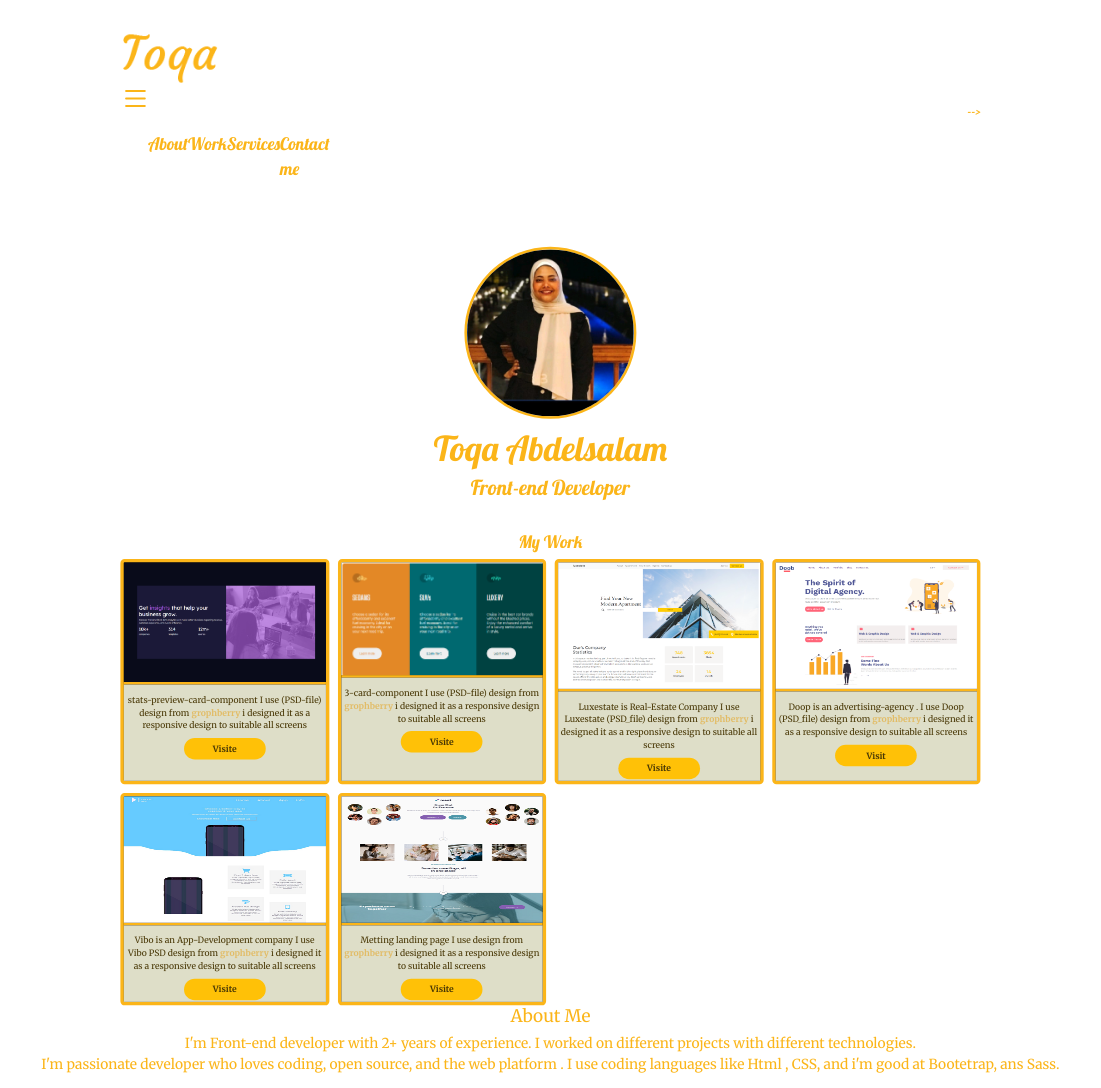
Repository: Toqa-25/portfolio
Page: index.html
The author's editor kept a copy of each file at every save. The page is drawn from the files as they stood at one save, then again after the next save.
The browser window is 1280 px wide. The pictures show the whole page, at 86% of full size.
Some web fonts or font styles are not loaded; a fallback is used.

Above is the page before, as saved 2021-10-31 16:19:02.

### index.html
<!DOCTYPE html>
<html lang="en">
<head>
    <meta charset="UTF-8">
    <meta http-equiv="X-UA-Compatible" content="IE=edge">
    <meta name="viewport" content="width=device-width, initial-scale=1.0">
    <title>Toqa Portfolio</title>
      <!-- bootstrap file -->
      <link rel="stylesheet" href="css/all.min.css">
      <link rel="stylesheet" href="css/bootstrap.css">
      <!-- css file -->
      <link rel="stylesheet" href="css/style.css">
      <!-- fonts -->
      <link rel="preconnect" href="https://fonts.googleapis.com">
<link rel="preconnect" href="https://fonts.gstatic.com" crossorigin>
<link href="https://fonts.googleapis.com/css2?family=Lobster&family=Otomanopee+One&display=swap" rel="stylesheet">
<link rel="preconnect" href="https://fonts.googleapis.com">
<link rel="preconnect" href="https://fonts.gstatic.com" crossorigin>
<link href="https://fonts.googleapis.com/css2?family=Merriweather:ital,wght@0,300;0,400;0,700;0,900;1,300;1,400;1,700;1,900&display=swap" rel="stylesheet">
<link rel="preconnect" href="https://fonts.googleapis.com">
<link rel="preconnect" href="https://fonts.gstatic.com" crossorigin>
<link href="https://fonts.googleapis.com/css2?family=Bebas+Neue&family=Oswald:wght@200;300;400;500;600;700&display=swap" rel="stylesheet">
</head>
<body>
        <!-- header section -->
    <header class="pad">
       <nav class="container">
         <div class="header-content">
           <div class="header-logo">
             <img src="images/logo.png" alt="logo">
           </div>
           <div class="header-nav">
             <svg xmlns="http://www.w3.org/2000/svg" width="35" height="35" fill="#fbb519" class="bi bi-list" viewBox="0 0 16 16">
               <path fill-rule="evenodd" d="M2.5 12a.5.5 0 0 1 .5-.5h10a.5.5 0 0 1 0 1H3a.5.5 0 0 1-.5-.5zm0-4a.5.5 0 0 1 .5-.5h10a.5.5 0 0 1 0 1H3a.5.5 0 0 1-.5-.5zm0-4a.5.5 0 0 1 .5-.5h10a.5.5 0 0 1 0 1H3a.5.5 0 0 1-.5-.5z"/>
             </svg>
             <ul class="list">
                 <li>About</li>
                 <li>Work</li>
                 <li>Services</li>
                 <li>Contact me</li>
                 <!-- <li>Reviews</li> -->
             </ul>

           </div>

         </div>
       <!-- <div role="bar">
      <ul class="hidden-bar">
        <li>About</li>
        <li>Work</li>
        <li>Services</li>
        <li>Contact me</li>
        <!-- <li>Reviews</li> -->
      </ul>
      </div> -->
    </nav>
    </header><!-- end header section -->

    <!-- information  section -->
    <section  class="inform pad">
      <div class="main-inform " role="main">
        <div class="inform-info">
        <img src="images/toqa.jpg" alt=""><br>
        <h1>Toqa Abdelsalam</h1>
        <h4>Front-end Developer</h4>
      </div>
      </div>
    </section>

      <section class="section container work">
      <h5>My Work</h5>
      <div class="card-groups">
      <div class="project card" role="menu">
        <img src="images/toqa-25.github.io_stats-preview-card-component-main_.png" alt="">
        <p>stats-preview-card-component
      I use  (PSD-file) design from <span> <a href="https://www.frontendmentor.io/">grophberry</a></span>
  i designed it as a responsive design to suitable all screens <br>
  <button><a href="https://toqa-25.github.io/stats-preview-card-component-main/">Visite</a></button>
 </p>
 </div>
      <div class="project card" role="menu">
        <img src="images/toqa-25.github.io_3-cards-component3_.png" alt="">
        <p>3-card-component
      I use (PSD-file) design from <span> <a href="https://www.frontendmentor.io/">grophberry</a></span>
  i designed it as a responsive design to suitable all screens <br>
  <button><a href="https://toqa-25.github.io/3-cards-component/">Visite</a></button>
 </p>
 </div>
      <div class="project card" role="menu">
          <img src="images/destop-luxestate - Copy (1).png" alt="">
          <p>Luxestate is Real-Estate Company
        I use Luxestate (PSD_file) design from <span> <a href="https://www.graphberry.com/">grophberry</a></span>
    i designed it as a responsive design to suitable all screens <br>
    <button><a href="https://toqa-25.github.io/luxstate-project-/">Visite</a></button>
   </p>
   </div>
      <div class="project card" role="menu">
          <img src="images/web_design.png" alt="">
          <p>Doop is an advertising-agency .
        I use Doop (PSD_file) design from <span> <a href="https://www.graphberry.com/">grophberry</a></span>
    i designed it as a responsive design to suitable all screens <br>
    <button><a href="https://toqa-25.github.io/simply-agency/">Visit </a></button>
   </p>
   </div>
      <div class="project card" role="menu">
        <img src="images/Vibo_App(desktop)_toqa-25.github.io2.png" alt="">
          <p>Vibo is an App-Development company
        I use Vibo PSD design from <span> <a href="https://www.graphberry.com/">grophberry</a></span>
    i designed it as a responsive design to suitable all screens <br>
    <button><a href="https://toqa-25.github.io/vibo-app/">Visite</a></button>
   </p>
   </div>
   <div class="project card" role="menu">
    <img src="images/toqa-25.github.io_landing-meeting-page_desktop.png" alt="">
    <p>Metting landing page
  I use  design from <span> <a href="https://www.frontendmentor.io/">grophberry</a></span>
i designed it as a responsive design to suitable all screens <br>
<button><a href="https://toqa-25.github.io/landing-meeting-page/">Visite</a></button>
</p>
</div>
   </div>
      </section>

      <section class="section about">

          <h5>About Me</h5>
      <p> I'm Front-end developer with 2+ years of experience. I worked on different projects with different technologies. <br>
       I'm passionate developer who loves coding, open source, and the web platform .
       I use coding languages like Html , CSS, and i'm good at Bootetrap, ans Sass. </p>
      </section>

</body>
</html>

### css/style.css
/*
    public style
***********************
*/
:root{
    --main-color:#fbb519;
    --section-padding:30px;
}
* , *:after , *:before{
    box-sizing: border-box;
    margin: 0;
    padding: 0;
}
body{
    font-family: 'Merriweather', serif;
    color:var(--main-color);
}
.pad{
    padding: var(--section-padding) 0;
}
.container
{
  width: 80%;
  margin:auto;
}
 .pad h5{
    text-align: center;
    font-family: 'Lobster';
    margin-bottom: 15px;
 }
/*
    header style
***********************
*/
 header{
    font-family: 'Lobster', cursive;
 }
 nav{
    display: flex;
    justify-content: space-between;
    align-items: center;
 }
  nav img{
     margin-top:10px;
 }
 nav .list{
     width: 50%;
    margin-top:20px;
    list-style: none;
    color:var(--main-color);
    display: flex;
    justify-content: space-evenly;
    cursor: pointer;
    font-size: 20px;
 }
 nav .list li{
     font-size: 20px;
     transition: .2s;
     -webkit-transition: .2s;
     -moz-transition: .2s;
     -ms-transition: .2s;
     -o-transition: .2s;
    }
    nav .list li:hover{
        border-bottom: 2px solid var(--main-color);
    }


.bar{
     position: relative;
 }
  .hidden-bar {
     display: block;
     color:var(--main-color);
     position: absolute;
    top: 25px;
    left: 45px;
     background-color: #f5f5dc91;
     list-style: none;
     border-radius: 8px;
     padding: 10px;

 }
/* media quary for header*/
 @media (max-width: 768px){
  nav .list {
      display: none;
  }
  /* div{
      display: block;
      padding: 15px;
  } */
  .main-inform  h2{
    font-size: 20px;
    line-height: 2rem;
  }
  .main-inform img{
    width: 100px;
    height: 100px;
 }
}
 @media (min-width: 768px){
     /* nav div{
         display: none;

     } */
 }


 /* .hidden-bar{
    display: none;

} */
.hidden-bar li:hover{
 padding: 5px;
 font-size: 25px;
}
/*
    my image style
***********************
*/

 .main-inform{
    color: var(--main-color);
    text-align: center;
    /* background-image: url(../images/mohammad-rahmani-8qEB0fTe9Vw-unsplash.jpg); */
    height: 300px;
    display: flex;
    align-items: center;
    justify-content: center;
    /* font-family: 'Bebas Neue', cursive; */
     /* font-family: 'Oswald', sans-serif; */
     font-family: 'Lobster', cursive;


 }
 .main-inform img{
     width: 200px;
     height: 200px;
     border:3px solid;
     border-radius: 50%;
     -webkit-border-radius: 50%;
     -moz-border-radius: 50%;
     -ms-border-radius: 50%;
     -o-border-radius: 50%;
     margin-bottom: 10px;
}
 h2{
    color: #dad3d3;
    text-transform: uppercase;
    line-height: 3rem;
 }
 span{
     color:var(--main-color)
 }
 .card-groups{
     display: grid;
    grid-template-columns:repeat(4,1fr);
    gap:10px;
 }
 .work h5{
    text-align: center;
    font-family: 'Lobster';
 }
.card {
    width: 100%;
    height: 100%;
    position: relative;
    display: flex;
    flex-direction: column;
    min-width: 0;
    word-wrap: break-word;
    background-color: black;
    background-clip: border-box;
    border: 4px solid var(--main-color);
    border-radius: 0.3rem;
}

.card img{
    max-width:100%;
    max-height: 150px;
    border-bottom: 3px solid;
}
.card img:hover{
   transform: scale(1.1);
   -webkit-transform: scale(1.1);
   -moz-transform: scale(1.1);
   -ms-transform: scale(1.1);
   -o-transform: scale(1.1);
}
.card p{
    margin-bottom: 1rem;
    background-color: black;
    font-size: 10px;
    padding: 2px;
    margin: 0px;
    margin-top: 0px;
    width: 100%;
    height: 100%;
    text-align: center;
    color:#483705;
    background-color: #f5f5dce8;
    padding-top: 10px;

}
.card p a{
    text-decoration: none;
    color: #e2bc66;
    font-weight: bolder;
}
.card p:hover{

}

.card button{
    width: 95px;
    text-align: center;
    background-color: #ffc107;
    border: none;
    border-radius: 15px;
    padding: 5px;
    margin-top: 7px;
}
.card button:hover{
    width:120px;
    padding: 10px;
}
.card button a{
    text-decoration: none;
    color: #483705;
}

.about{
    text-align: center;

}

/*
           media quary style
    ***************************************
        //extra small devices @media (maxwidth:575px)
        //small devices @media (maxwidth:767px)
        //medium devices @media (maxwidth:991px)
        //large devices @media (maxwidth:1199px)
*/

Loaded but not shown: css/all.min.css (library); css/bootstrap.css (library)

After the next save:
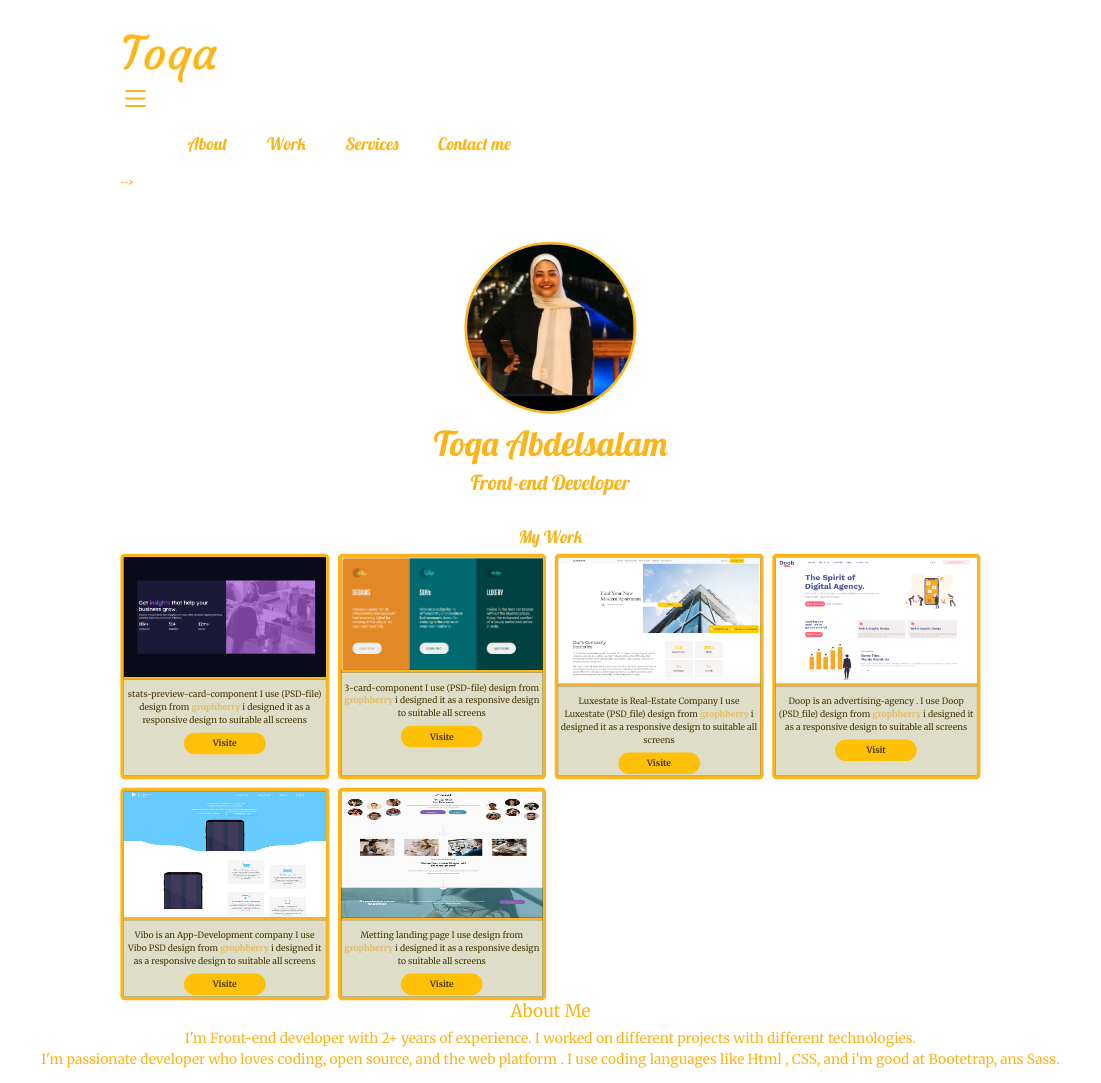
Saved 13 s later.
--- a/css/style.css
+++ b/css/style.css
@@ -35,7 +35,7 @@ body{
  header{
     font-family: 'Lobster', cursive;
  }
- nav{
+ .header{
     display: flex;
     justify-content: space-between;
     align-items: center;
